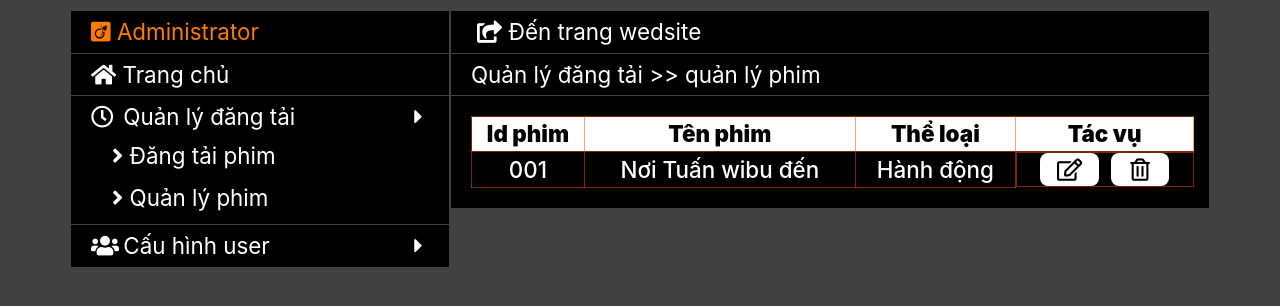
Repository: SonNguyen892002/Lau-Dai-Code
Page: http://localhost/wed-jdbc-1-2023/views/admin/qlphim.jsp
An editor plug-in stored every save of this project. The page is shown before and after the next save, followed by the edit.
The browser window is 1280 px wide. The pictures show the whole page.
The page is served by Tomcat 9. Nobody is signed in. The application's start-up code is not run. Other server files are loaded and not shown.

Above is the page before, as saved 2022-01-15 11:16:18.

### workspace/wed-jdbc-1-2023/src/main/webapp/views/admin/qlphim.jsp
<%@ page language="java" contentType="text/html; charset=UTF-8"
    pageEncoding="UTF-8"%>
<%@ include file="header.jsp" %>

<table class="mt mb ">
	<tr>
		<td>Id phim</td>
		<td>Tên phim</td>
		<td>Thể loại</td>
		<td>Tác vụ</td>
	</tr>

	<tr>
		<th>001</th>
		<th>Nơi Tuấn wibu đến</th>
		<th>Hành động</th>
		<th class="row m0 center"><a href="#"
			class="col-xl-4 col-lg-4 col-sm-4 col-4 backgr"><i
				class="far fa-edit"></i></a> <a href="#"
			class="col-xl-4 col-lg-4 col-sm-4 col-4 backgr"><i
				class="far fa-trash-alt"></i></a></th>
	</tr>

</table>

<script>
	const btnA = document.querySelector('.t');
	document.querySelector('#menu').classList.remove('off');

	btnA.innerHTML = "Quản lý đăng tải >> quản lý phim";
</script>

<%@ include file="footer.jsp" %>

### workspace/wed-jdbc-1-2023/src/main/webapp/views/admin/header.jsp
<%@ page language="java" contentType="text/html; charset=UTF-8"
    pageEncoding="UTF-8"%>
<!DOCTYPE html>
<html>
<head>
    <meta charset="UTF-8">
    <title>admin</title>
    <link rel="stylesheet" href="./styleadmin.css">
    <link rel="stylesheet" href="../fontawesome-free-5.15.3-web/css/all.min.css">
    <link rel="stylesheet" href="https://cdn.jsdelivr.net/npm/bootstrap@4.6.1/dist/css/bootstrap.min.css">
</head>
<body>

    <div class="container mb">
        <div class="row">

            <div class="col-xl-4 p0">

                <div class="black p2 sz">
                    <i class="fab fa-viadeo-square"></i>
                    Administrator
                </div>

                <div class="black p2">
                    <i class="fas fa-home"></i>
                    Trang chủ
                </div>

                <!-- QUẢN LÝ ĐĂNG TẢI -->
                <div class="black p2">
                    <div id="btn" onclick="Button()" class="row">
                        <div class="col-xl-1">
                            <i class="far fa-clock"></i>
                        </div>

                        <div class="col-xl-9">
                            <span>
                                Quản lý đăng tải
                            </span>
                        </div>

                        <div class="col-xl-2">
                            <span class="a">
                                <i class="fas fa-caret-right"></i>
                            </span>
                        </div>
                    </div>

                    <div id="menu" class="off">
                        <a href="./dangtaiphim.jsp" class="black p2">
                            <i class="fas fa-angle-right"></i>
                            <span>Đăng tải phim</span>
                        </a>

                        <a href="./qlphim.jsp" class="black p2 l">
                            <i class="fas fa-angle-right"></i>
                            <span>Quản lý phim</span>
                        </a>
                    </div>
                </div>

                <!-- CẤU HÌNH USER -->
                <div class="black p2">
                    <div id="btn" onclick="Button1()" class="row">
                        <div class="col-xl-1 col-lg-1 col-sm-1 col-1">
                            <i class="fas fa-users"></i>
                        </div>

                        <div class="col-xl-9 col-lg-9 col-sm-9 col-9">
                            <span>
                                Cấu hình user
                            </span>
                        </div>

                        <div class="col-xl-2 col-lg-2 col-sm-2 col-2">
                            <span class="a1">
                                <i class="fas fa-caret-right"></i>
                            </span>
                        </div>
                    </div>

                    <div id="menu1" class="off">
                        <a href="./tkadmin.jsp" class="black p2">
                            <i class="fas fa-angle-right"></i>
                            <span>Tài khoản admin</span>
                        </a>

                        <a href="./phanquyen.jsp" class="black p2 k">
                            <i class="fas fa-angle-right"></i>
                            <span>Phân quyền</span>
                        </a>

                        <a href="./qluser.jsp" class="black p2 j">
                            <i class="fas fa-angle-right"></i>
                            <span>Quản lý user</span>
                        </a>
                    </div>
                </div>

            </div>

            <div class="col-xl-8 p0">

                <div class="black p2">
                    <a href="#">
                        <i class="fas fa-share-square"></i>
                        Đến trang wedsite
                    </a>
                </div>

                <div class="black p2">
                    <span class="t">Quản lý đăng tải >></span>
                </div>

                <div class="black p2">

### workspace/wed-jdbc-1-2023/src/main/webapp/views/admin/footer.jsp
</div>
            </div>
        </div>

    </div>

    <script>
        const navMenu = document.querySelector('#menu');
        const navMenu1 = document.querySelector('#menu1');
        const navDown = document.querySelector('.a');
        const navDown1 = document.querySelector('.a1');

        function Button() {
            navMenu.classList.toggle('off');
            navDown.classList.toggle('down');
        }

        function Button1() {
            navMenu1.classList.toggle('off');
            navDown1.classList.toggle('down');
        }
    </script>

</body>
</html>

### workspace/wed-jdbc-1-2023/src/main/webapp/decorators/admin/styleadmin.css
:root{
    --color-orange: #FF7A00;
    --color-white: rgb(255, 255, 255);
    --background-black: #000;
}

*{
    padding: 0;
    margin: 0;
    box-sizing: border-box;
}

body{
    background-color: #414141 !important;
    font-size: 62.5%;
    font-family: 'Lato', sans-serif;
}

a{
    color: var(--color-white) !important;
    display: block;
    margin: 0 6px;
    transition: 0.2s;
}

.white{
    background-color: var(--color-white);
    color:rgb(73, 22, 22);
    padding: 6px 16px;
}

.backgr{
    background-color: var(--color-white);
    color:#000 !important;
    border-radius: 8px;
}

.backgr:hover{
    background-color: var(--color-orange);
    color:#fff !important;
}

.p3{
    padding: 2px 6px !important;
}

.p4{
    padding: 0 0 0 6px !important;
}

#btn:hover,
a:hover{
    text-decoration: none !important;
    color: var(--color-orange) !important;
    cursor: pointer;
}

.container{
    margin-top: 10px;
}

.black{
    background-color: var(--background-black);
    color: var(--color-white);
    font-size: 1.4rem;
}

.p0{
    padding: 0 !important;
}

.p2{
    padding: 4px 0 4px 20px;
    margin: 1px !important;
}

.mt{
    margin-top: 16px;
}

.m0{
    margin: 0 !important;
}

.mb{
    margin-bottom: 16px;
}

.mr{
    margin-right: 16px;
}

.sz{
    color: var(--color-orange);
}

.off{
    display: none;
}

.down{
    transform:rotate(90deg);
    display: inline-block;
}

.active{
    color: var(--color-orange) !important;
}

.border{
    border: 1px solid #fff;
}

.border input{
    font-size:1rem;
}

h5{
    transform: translateY(30%);
}

select{
    width: 100%;
    background-color: transparent;
    transform: translateY(14%);
    color: #fff;
    outline: none;
    border: none;
}

select option{
    color: #000;
}

input[type="text"],
input[type="password"],
textarea {
    width: 100%;
    background-color: transparent;
    border: 1px solid #fff;
    color: #fff;
    outline: none;
    padding: 6px 0 6px 20px;
    font-size:1.2rem;
}

input[type="text"]::placeholder{
    color: rgba(255, 255, 255, 0.404);
}

input[type="button"],
input[type="reset"]{
    width: 94%;
    color: var(--color-white);
    background-color: var(--color-orange);
    border-radius:10px;
    outline: none;
    border: none;
}

input[type="checkbox"]{
    transform: translateY(18%);
    width: 26px;
    height: 26px;
}

.ct,
td,th{
    text-align: center !important;
}

.center{
    justify-content: center;
}

table{
    width: 98%;
}

th{
    border: 1px solid rgba(255, 72, 0, 0.5);
    font-size: 1.4rem;
    font-weight: 500;
}

td{
    background: var(--color-white);
    border: 1px solid rgba(255, 72, 0, 0.5);
    color: #000;
    font-weight: 900;
}

#btnPassword{
    position: relative;
}

#btnPassword i{
    transform: translateY(20%);
}

#btnPassword::before{
    content: "";
    position: absolute;
    top: 46%;
    left: -8%;
    width: 80%;
    height: 2px;
    background: var(--color-white);
    display: block;
    transform:rotate(45deg);
}

.b::before{
    display: none !important;
}

Loaded but not shown: workspace/wed-jdbc-1-2023/src/main/webapp/template/icon/fontawesome-free-5.15.3-web/css/all.min.css (library)

After the next save:
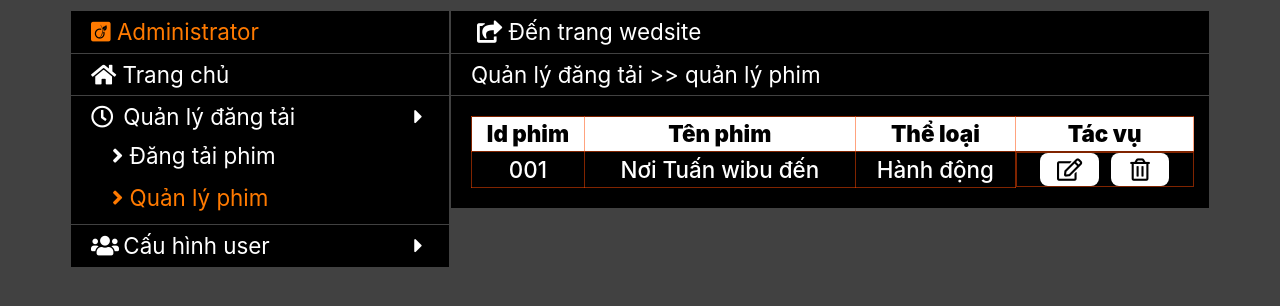
Saved 50 s later.
--- a/workspace/wed-jdbc-1-2023/src/main/webapp/views/admin/qlphim.jsp
+++ b/workspace/wed-jdbc-1-2023/src/main/webapp/views/admin/qlphim.jsp
@@ -26,6 +26,7 @@
 <script>
 	const btnA = document.querySelector('.t');
 	document.querySelector('#menu').classList.remove('off');
+	document.querySelector('#menu .l').classList.add('active');
 
 	btnA.innerHTML = "Quản lý đăng tải >> quản lý phim";
 </script>
